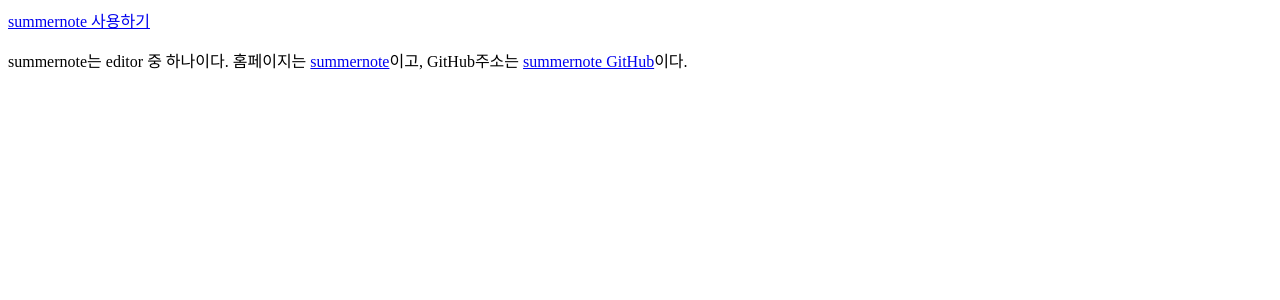
Repository: Dasommm/modularity
Page: summernote_module/summernote_module/WebContent/index.html
These files come from the project's save history. The page is drawn as it stood at one moment and after the next save; the edit follows.
The browser window is 1280 px wide. The pictures show the whole page.

Above is the page before, as saved 2020-03-27 08:59:39.

### summernote_module/summernote_module/WebContent/index.html

<!DOCTYPE html>
<html>
<head>
<meta charset="UTF-8">
<title>Insert title here</title>

</head>
<body>

	<a href="summernote.jsp">summernote 사용하기</a>
	<p>summernote는 editor 중 하나이다.
	홈페이지는 <a href="http://summernote.org/">summernote</a>이고,
	GitHub주소는 <a href="https://github.com/summernote/summernote">summernote GitHub</a>이다.</p>

</body>
</html>

After the next save:
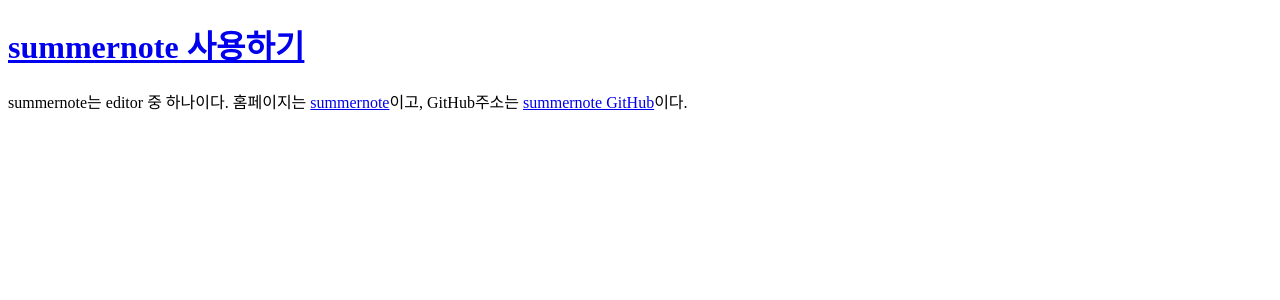
Saved 14 min 6 s later.
--- a/summernote_module/summernote_module/WebContent/index.html
+++ b/summernote_module/summernote_module/WebContent/index.html
@@ -8,7 +8,7 @@
 </head>
 <body>
 
-	<a href="summernote.jsp">summernote 사용하기</a>
+	<h1><a href="summernote.jsp">summernote 사용하기</a></h1>
 	<p>summernote는 editor 중 하나이다.
 	홈페이지는 <a href="http://summernote.org/">summernote</a>이고,
 	GitHub주소는 <a href="https://github.com/summernote/summernote">summernote GitHub</a>이다.</p>
